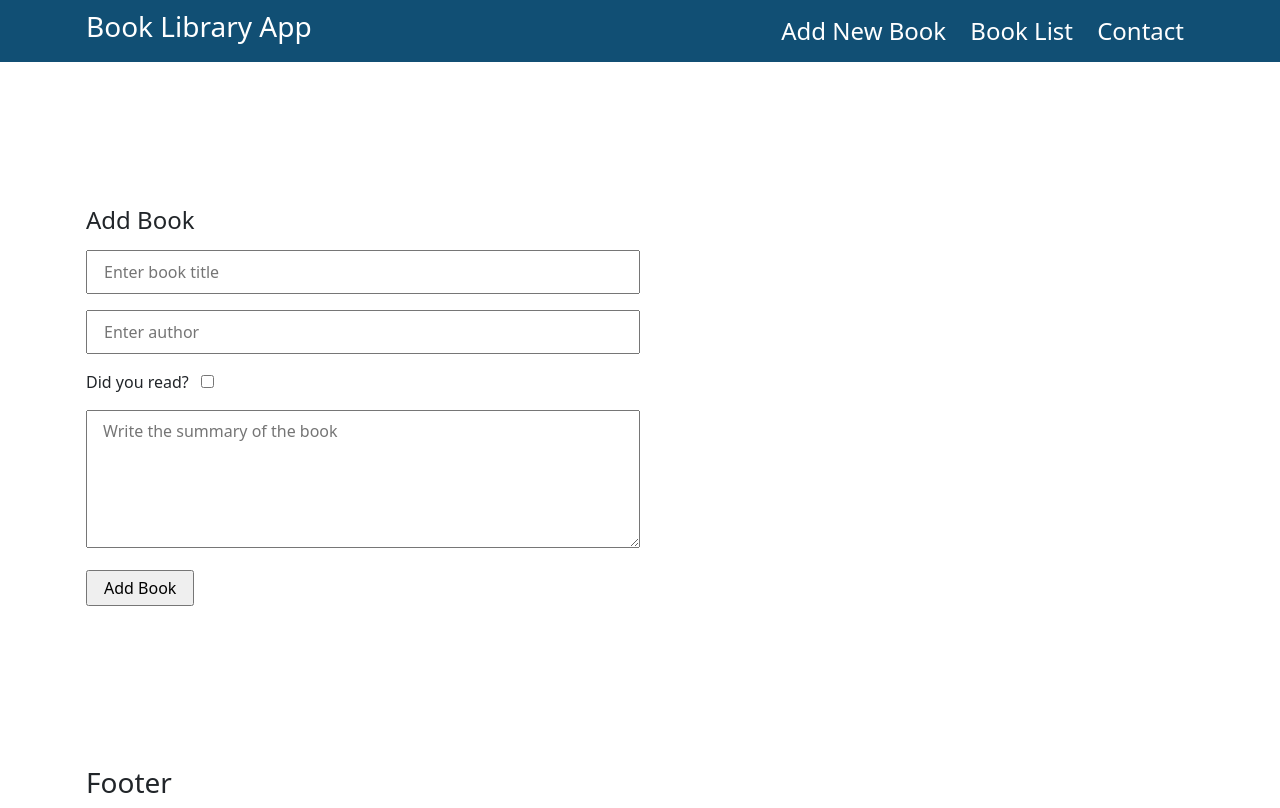
Repository: just-mann/booklibrary-app
Page: http://localhost/
The author's editor kept a copy of each file at every save. The page is drawn from the files as they stood at one save, then again after the next save.
The browser window is 1280 px wide. The pictures show the whole page.
The page is served by the project's Node server (app.js).

Above is the page before, as saved 2021-06-06 03:41:18.

### views/index.ejs
<!DOCTYPE html>
<html lang="en">
<%- include('./partials/Header') %>
<body>
    <%- include('./partials/Navbar') %>
      <div class="container py-5">
        <div class="w-50 p-5 px-0">
          <form action="/books" method="POST" class="p-5 px-0">
            <h4>Add Book</h4>
              <div class="my-3">
                <input class="px-3 py-2 title w-100" type="text" name="title" id="title" placeholder="Enter book title" required>
              </div>
              <div class="my-3">
                <input class="px-3 py-2 author w-100" type="text" name="author" id="author" placeholder="Enter author" required>
              </div>
              <div class="my-3">
                <label for="isRead" class="mr-2">Did you read?</label>
                <input class="px-3 py-2 isRead" type="checkbox" name="isRead" id="isRead">
              </div>
              <div class="my-3">
                <textarea class="px-3 py-2 isRead w-100" name="summary" id="summary" cols="30" rows="5" placeholder="Write the summary of the book" required></textarea>
              </div>
              <div class="my-3">
                <input class="px-3 py-1 submitBtn" type="submit" value="Add Book">
              </div>
          </form>
        </div>
      </div>
    <%- include('./partials/Footer') %>
</body>
</html>

### views/partials/Header.ejs
<head>
    <meta charset="UTF-8">
    <meta name="viewport" content="width=device-width, initial-scale=1.0">
    <title><%= title %></title>
    <link rel="stylesheet" href="https://stackpath.bootstrapcdn.com/bootstrap/5.0.0-alpha1/css/bootstrap.min.css" integrity="sha384-r4NyP46KrjDleawBgD5tp8Y7UzmLA05oM1iAEQ17CSuDqnUK2+k9luXQOfXJCJ4I" crossorigin="anonymous">
    <script src="https://cdn.jsdelivr.net/npm/popper.js@1.16.0/dist/umd/popper.min.js" integrity="sha384-Q6E9RHvbIyZFJoft+2mJbHaEWldlvI9IOYy5n3zV9zzTtmI3UksdQRVvoxMfooAo" crossorigin="anonymous"></script>
    <link rel="stylesheet" href="https://unpkg.com/aos@next/dist/aos.css" />
    <link rel="stylesheet" href="https://unpkg.com/aos@next/dist/aos.css" />
    <script src="https://stackpath.bootstrapcdn.com/bootstrap/5.0.0-alpha1/js/bootstrap.min.js" integrity="sha384-oesi62hOLfzrys4LxRF63OJCXdXDipiYWBnvTl9Y9/TRlw5xlKIEHpNyvvDShgf/" crossorigin="anonymous"></script>
    <link rel="stylesheet" href="/style.css">
  </head>

### views/partials/Navbar.ejs
<nav class="container-fluid sticky-top">
    <div class="container">
        <a href="/" class="logo"><h3>Book Library App</h3></a>
        <div class="nav__links">
            <a href="/">Add New Book</a>
            <a href="/booklist">Book List</a>
            <a href="/contact">Contact</a>
        </div>
    </div>
</nav>

### views/partials/Footer.ejs
<footer>
    <script src="https://ajax.googleapis.com/ajax/libs/jquery/3.5.1/jquery.min.js"></script>
    <script src="/script.js"></script>
    <div class="container">
        <h3>Footer</h3>
    </div>
</footer>
<script src="https://unpkg.com/aos@next/dist/aos.js"></script>
<script>
  AOS.init();
</script>

### app.js
const express = require('express'); //import express package
const app = express(); //initialize the express app
const bodyParser = require('body-parser') //import body-parser to handle data from the form
const MongoClient = require('mongodb').MongoClient; //import the mongodbClient
const { ObjectId } = require('bson');
const dbName = 'myBookList';
const dbCollectionName = 'bookCollection';

const PORT = process.env.PORT || 5000;


// Configure the body-parser
app.use(bodyParser.urlencoded({ extended: true }));


// Make static files accessible
app.use(express.static('public'));


// Set View Engine
app.set('view engine', 'ejs');



// Connect to Database
const dbURI = 'mongodb+srv://bookUser:cUk4rECaXyAWsNz8@crud-tutorial.xd65d.mongodb.net/myBookList?retryWrites=true&w=majority';
MongoClient.connect(dbURI, { useUnifiedTopology: true })
    .then(client => {

        app.listen(PORT, () => {
            console.log(`App is now running on PORT ${PORT} and Database: ${dbName} is connected`)
        });

        const db = client.db(`${dbName}`);

        const myCollection = db.collection(`${dbCollectionName}`);

        app.post('/books', (req, res) => {
            myCollection.insertOne(req.body)
                .then(result => {
                    console.log('Item added to database...');
                })
                .catch(err => console.log(err));
            res.redirect('bookList');
        })

        app.get('/booklist', (req, res) => {
            myCollection.find().sort({_id: -1}).toArray()
                .then(result => {
                    res.render('bookList', { myList: result, title: "Book List" });
                })
                .catch(err => console.log(err));
        })


        app.get('/booklist/:id', (req, res) => {
            const id = req.params.id;
            myCollection.findOne({ _id: ObjectId(`${id}`)})
                .then(result => {
                    res.render('details', { singleBook: result, title: `Book Detail  -  ${result.title}` })
                })
                .catch(err => console.log(err));
        })


        app.delete('/booklist/:id', (req, res) => {
            const id = req.params.id;
            myCollection.deleteOne({_id: ObjectId(`${id}`)})
                .then(result => {
                    res.json({ redirect: '/booklist'})
                })
                .catch(err => console.log(err));
        })


        app.get('/', (req, res) => {
            res.render('index', { title: "Add New Book" });
        })


        app.get('/contact', (req, res) => {
            res.render('contact', { title: "Contact Me" });
        })

        app.use((req, res) => {
            res.status(404).render('404', { title: '404, Page Not Found'});
        })

    })
    .catch(err => console.log(err));

### public/style.css
* {
    padding: 0;
    margin: 0;
    box-sizing: border-box;
}

a {
    text-decoration: none;
}

nav {
    background-color: #114f74;
    padding: 10px 0px;
}

nav .container {
    display: flex;
    justify-content: space-between;
    align-items: center;
}

nav .container .logo h3 {
    color: #ffffff;
    font-weight: 350;
}

nav .container .nav__links {
    color: #ffffff;
}

nav .container .nav__links a {
    color: #ffffff;
    font-size: 1.5rem;
    padding: 10px 0px;
    margin: 0px 10px;
    font-weight: 300;
}

.nav__links a:hover {
    color: red;
}

.listDiv {
    display: flex;
    grid-template-columns: repeat(3, 1fr);
}

.list {
    max-width: 350px;
    min-height: 150px;
    margin: 0px 15px;
    background-color: #e2e2e2;
    border-left: 15px solid #41a1b9;
    opacity: 0.9;
    transition: opacity 0.6s;
}

.list:hover {
    opacity: 1;
}

Loaded but not shown: public/script.js (no stored copy; drawn as an empty file)

After the next save:
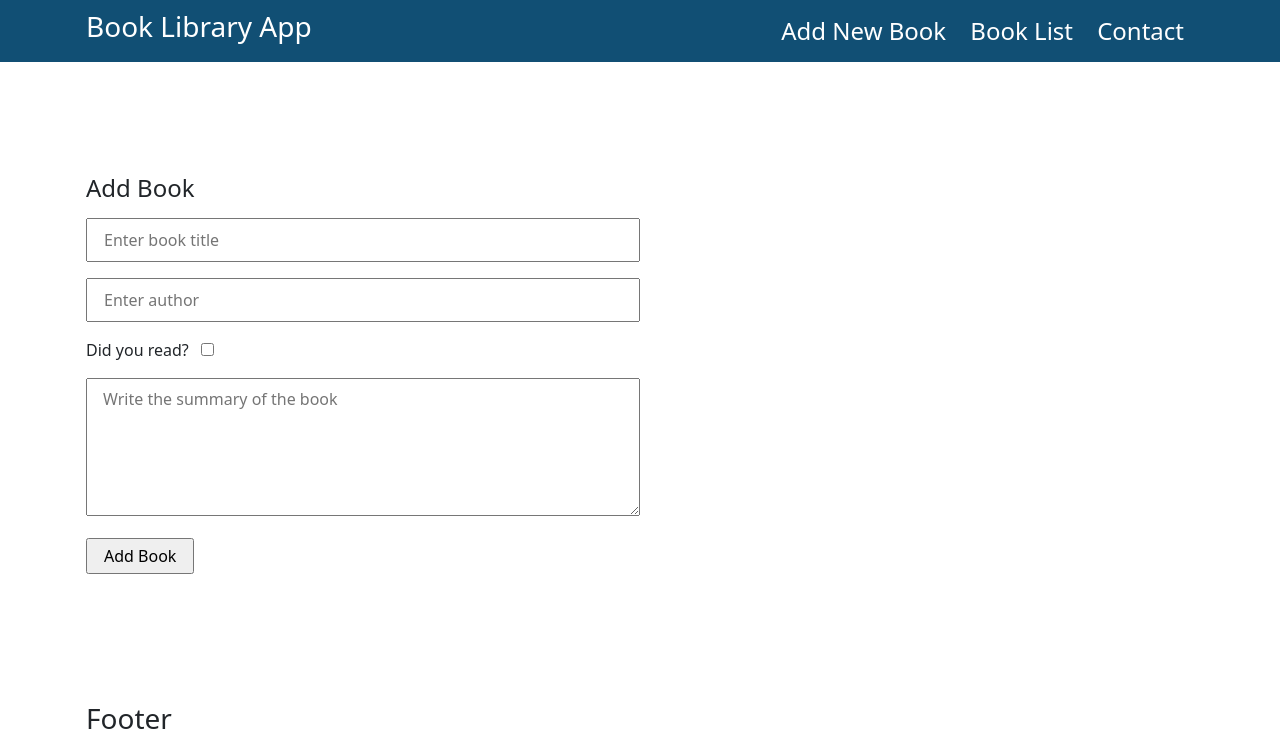
Saved 25 s later.
--- a/views/index.ejs
+++ b/views/index.ejs
@@ -4,7 +4,7 @@
 <body>
     <%- include('./partials/Navbar') %>
       <div class="container py-5">
-        <div class="w-50 p-5 px-0">
+        <div class="w-50 p-5 py-3 px-0">
           <form action="/books" method="POST" class="p-5 px-0">
             <h4>Add Book</h4>
               <div class="my-3">
